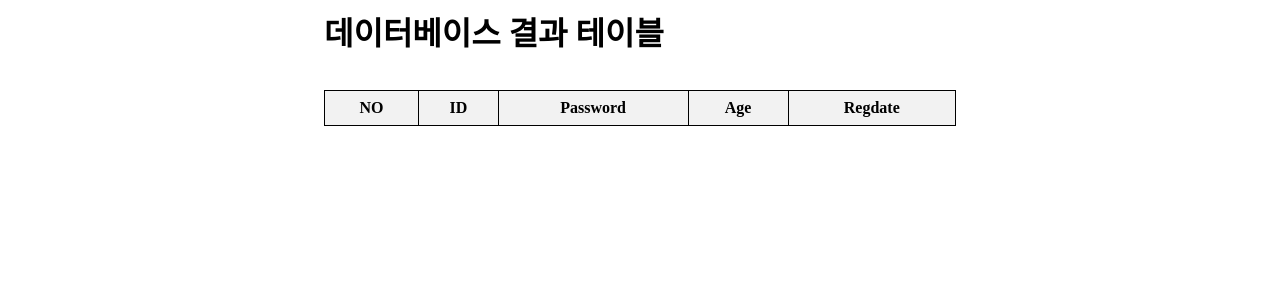
Repository: 2JISUN/hta-lecture-basic
Page: http://localhost/jsp03/list.jsp
An editor plug-in stored every save of this project. The page is shown before and after the next save, followed by the edit.
The browser window is 1280 px wide. The pictures show the whole page.
The page is served by Tomcat 10. Other server files are loaded and not shown. Queries for data that is not in the repository find no rows.

Above is the page before, as saved 2023-09-15 03:28:42.

### jsp-lecture/jsp03/src/main/webapp/list.jsp
<%@page import="java.sql.ResultSet"%>
<%@page import="java.sql.PreparedStatement"%>
<%@page import="java.sql.Connection"%>
<%@page import="java.sql.DriverManager"%>
<%@ page language="java" contentType="text/html; charset=UTF-8"
    pageEncoding="UTF-8"%>
<%


    //1. driver 찾기
    String driver = "oracle.jdbc.OracleDriver";
	Class.forName(driver);

	//2. url
	// 자바17 = 오라클11
	String url = "jdbc:oracle:thin:@localhost:1521:xe";
    String id = "jisun";
    String pw = "1234";

    Connection conn = DriverManager.getConnection(url, id, pw);
	System.out.println("db연결 성공");

	//3. 조회 : 쿼리 작성 + 결과값 받아오기
	//3-1. 쿼리문 처리 메서드
	//3-2. 결과값 받아오기 select 를 제외하고 나머지는 정수 0
	PreparedStatement pstmt = null;
	ResultSet rs = null;
	String sql = "select * from test";
	pstmt = conn.prepareStatement(sql);
	rs = pstmt.executeQuery();

	/*
	if(rs.next()){
		System.out.println(rs.getString("id"));
		System.out.println(rs.getString("password"));
	}
	if(rs.next()){
		System.out.println(rs.getString("id"));
		System.out.println(rs.getString("password"));
	}
	if(rs.next()){
		System.out.println(rs.getString("id"));
		System.out.println(rs.getString("password"));
	}
	*/

%>
<!DOCTYPE html>
<html>
<head>
    <meta charset="UTF-8">
    <title>데이터베이스 결과 테이블</title>
    <style>
    	h1 {
    	width: 50%;
		margin: auto;
    	}
        table {
            border-collapse: collapse;
            width: 50%;
            margin: auto;
        }

        th, td {
            border: 1px solid black;
            padding: 8px;
            text-align: center;
        }

        th {
            background-color: #f2f2f2;
        }
    </style>
</head>
<body>
    <h1>데이터베이스 결과 테이블</h1>
    <br>
    <br>
    <table>
        <tr>
        	<th>NO</th>
            <th>ID</th>
            <th>Password</th>
            <th>Age</th> <!-- Age 열 추가 -->
            <th>Regdate</th> <!-- RegDate 열 추가 -->
        </tr>
        <%
            while(rs.next()) {
        %>
            <tr>
            	<td><%= rs.getInt("no") %></td>
                <td><%= rs.getString("id") %></td>
                <td><%= rs.getString("password") %></td>
                <td><%= rs.getString("age") %></td> <!-- Age 값 표시 -->
                <td><%= rs.getString("regdate") %></td> <!-- Reg Date 값 표시 -->
            </tr>
        <%
            }
        %>
    </table>
</body>
</html>

After the next save:
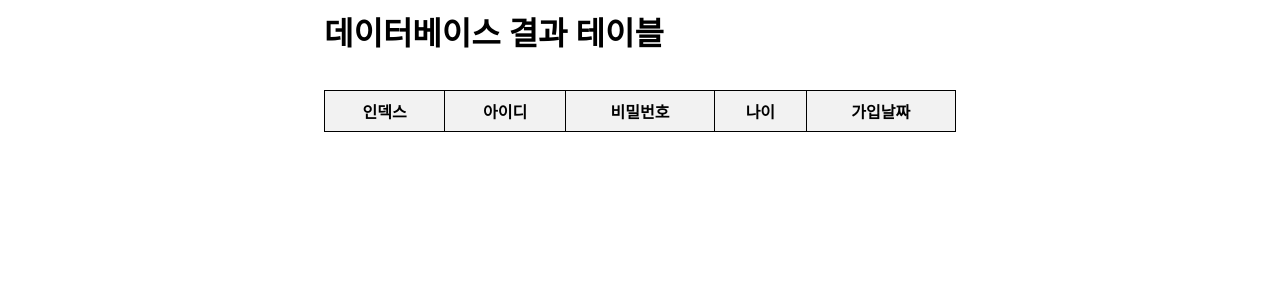
Saved 4 min 54 s later.
--- a/jsp-lecture/jsp03/src/main/webapp/list.jsp
+++ b/jsp-lecture/jsp03/src/main/webapp/list.jsp
@@ -78,11 +78,11 @@
     <br>
     <table>
         <tr>
-        	<th>NO</th>
-            <th>ID</th>
-            <th>Password</th>
-            <th>Age</th> <!-- Age 열 추가 -->
-            <th>Regdate</th> <!-- RegDate 열 추가 -->
+        	<th>인덱스</th>
+            <th>아이디</th>
+            <th>비밀번호</th>
+            <th>나이</th> <!-- Age 열 추가 -->
+            <th>가입날짜</th> <!-- RegDate 열 추가 -->
         </tr>
         <%
             while(rs.next()) {
